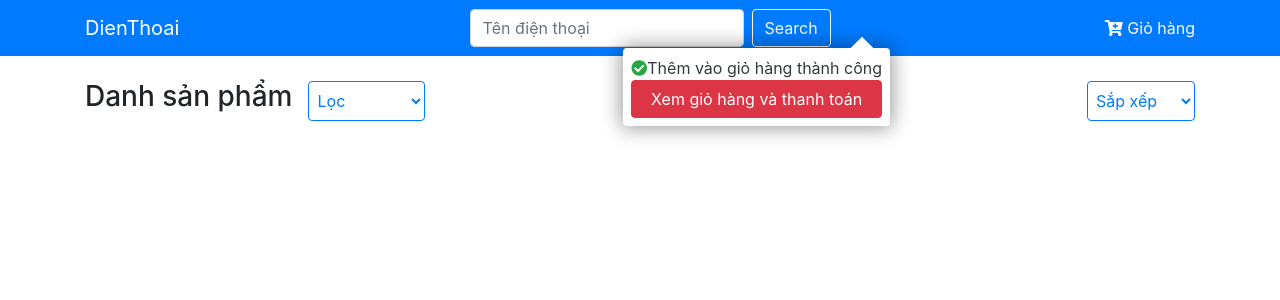
Repository: dovanthao2404/BC14_Bai_Tap_Ban_Dien_Thoai_dovanthao
Page: app/views/index.html
An editor plug-in stored every save of this project. The page is shown before and after the next save, followed by the edit.
The browser window is 1280 px wide. The pictures show the whole page.
Some web libraries are served in a nearby version. The style sheet was rebuilt from its Sass, Less or Tailwind sources for each picture, by a compiler version that may differ from the author's.

Above is the page before, as saved 2021-08-14 16:52:07.
Console error (its wording comes from the project's code and is left out).

After the next save:
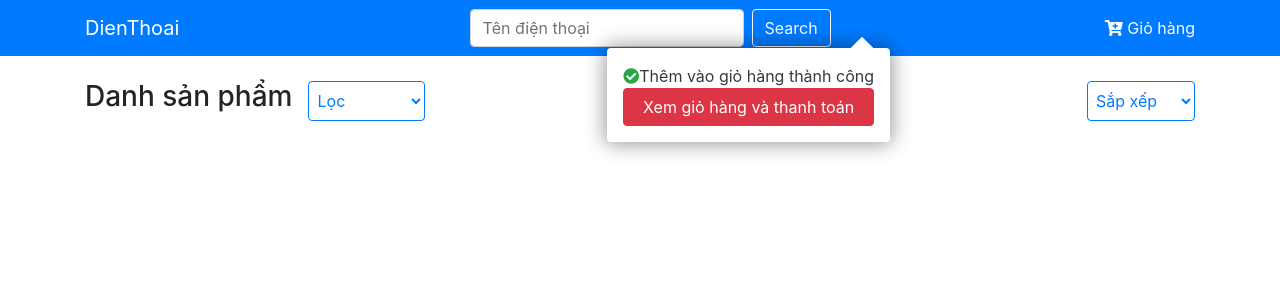
Saved 4 s later.
--- a/app/views/index.html
+++ b/app/views/index.html
@@ -48,7 +48,7 @@
           <a href="cart.html" class="text-light position-relative text-decoration-none">
             <i class="fa fa-cart-plus"></i> Giỏ hàng
 
-            <div class="notifiSuccess p-2 bg-white rounded">
+            <div class="notifiSuccess p-3 bg-white rounded">
               <div class="d-flex align-items-center add-success">
                 <i class="fa fa-check-circle text-success"></i>
                 <p class="text-dark m-0">Thêm vào giỏ hàng thành công</p>
